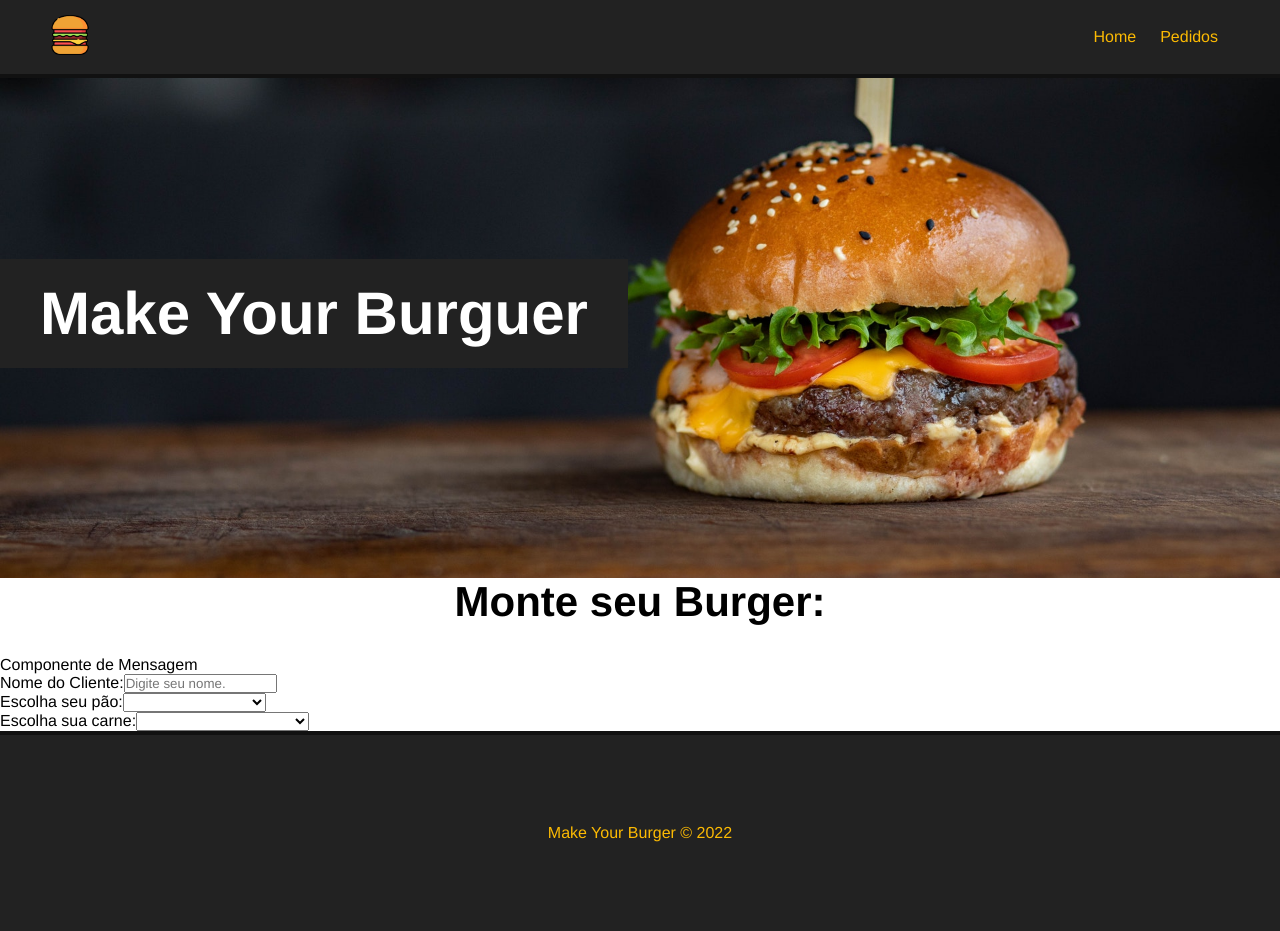
Repository: brunofa23/makeyourburguer
Page: /
An editor plug-in stored every save of this project. The page is shown before and after the next save, followed by the edit.
The browser window is 1280 px wide. The pictures show the whole page.
The project was rebuilt for these pictures with package versions that can differ from the ones it lists, and the page was loaded fresh each time. Also part of the build but not shown: vue.config.js.

Above is the page before, as saved 2022-08-09 19:57:08.

After the next save:
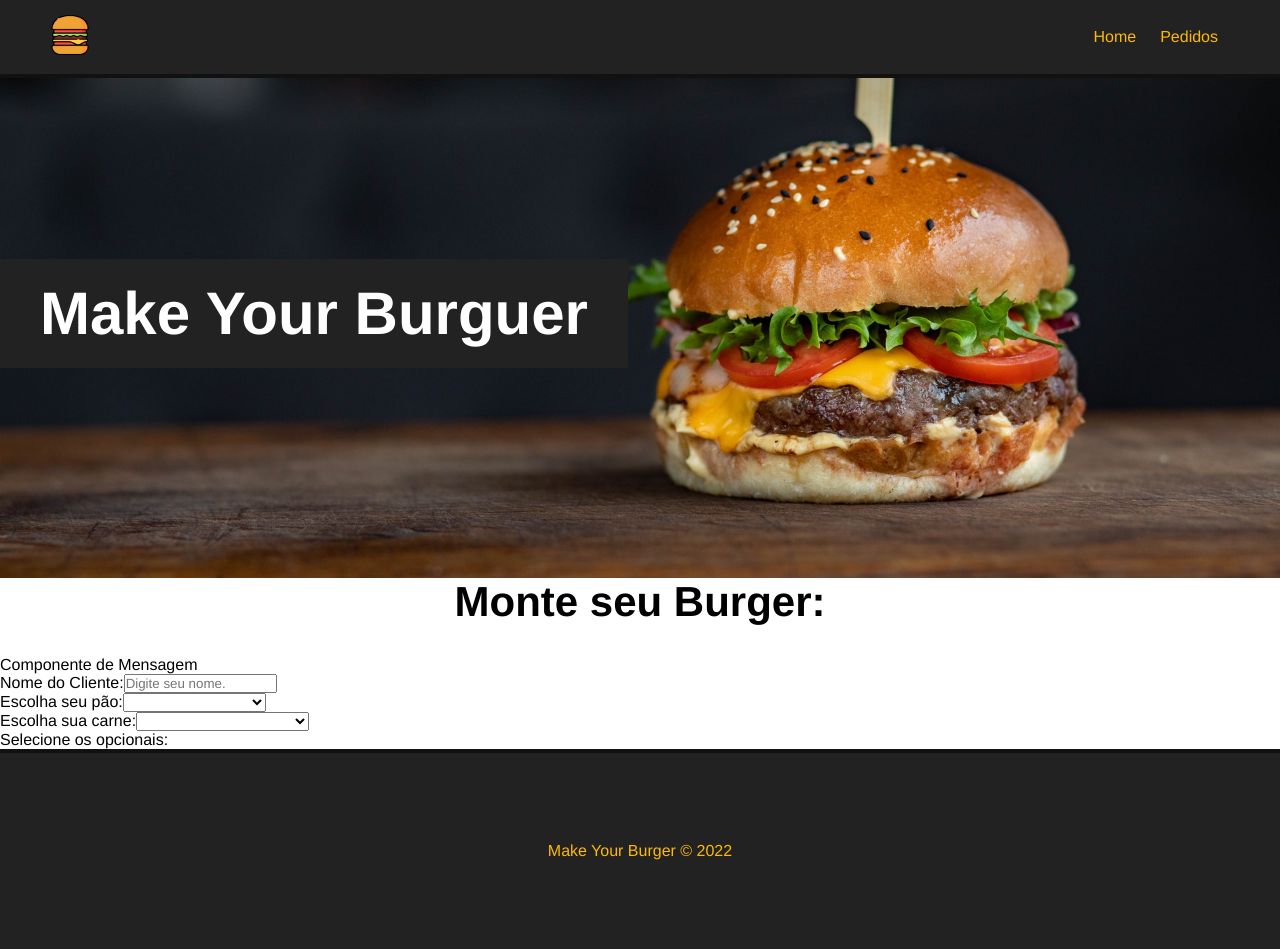
Saved 55 s later.
--- a/src/components/BurgerForm.vue
+++ b/src/components/BurgerForm.vue
@@ -27,6 +27,10 @@
             <option value="maminha">Maminha</option>
           </select>
         </div>
+        <div class="input-container">
+          <label for="opcionais">Selecione os opcionais:</label>
+
+        </div>
       </form>
     </div>
   </div>
